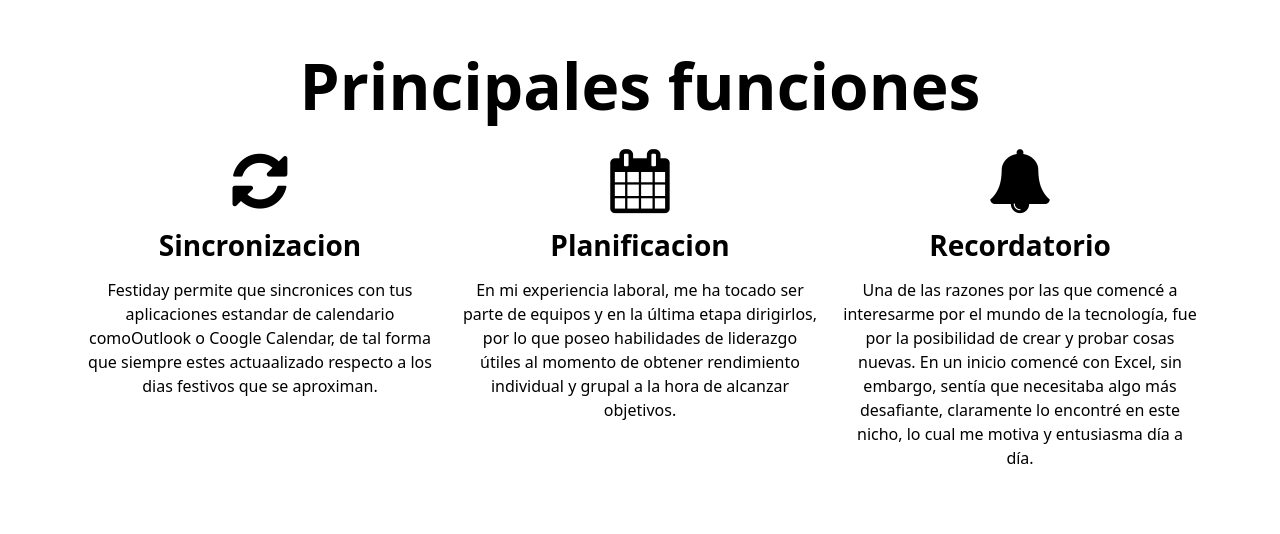
Repository: cvalenciapatagonia/Desafio-4-React-I
Page: /
These files come from the project's save history. The page is drawn as it stood at one moment and after the next save; the edit follows.
The browser window is 1280 px wide. The pictures show the part of the page from y = 698 to 1232 px (the page is 2123 px tall).
Pictures or frames that could not be fetched are drawn as grey boxes. The page's requests for data from a server got no answer. The project was rebuilt for these pictures with package versions that can differ from the ones it lists, and the page was loaded fresh each time. No one was signed in, and anything a server would have sent is missing. Also part of the build but not shown: vite.config.js, src/App.css.

Above is the page before, as saved 2023-09-08 14:45:19.

### index.html
<!doctype html>
<html lang="en">
  <head>
    <meta charset="UTF-8" />
    <link rel="icon" type="image/svg+xml" href="/vite.svg" />
    <meta name="viewport" content="width=device-width, initial-scale=1.0" />
    <title>Desafio 4 React I</title>
  </head>
  <body>
    <div id="root">


    </div>
    <script type="module" src="/src/main.jsx"></script>
  </body>
</html>

### src/main.jsx

import React from 'react'
import ReactDOM from 'react-dom/client'
import App from './App.jsx'

import './index.css'


ReactDOM.createRoot(document.getElementById('root')).render(
  <React.StrictMode>
    <App />
  </React.StrictMode>,
)

### src/App.jsx
import React, { useState } from "react";
import 'bootstrap-icons/font/bootstrap-icons.css';
import "font-awesome/css/font-awesome.css";
import "./App.css";
import "bootstrap/dist/css/bootstrap.min.css";
import MiApi from './components/MiApi';
import Buscador from './components/Buscador';

function App() {
  const [sortOption, setSortOption] = useState("asc"); // Estado para almacenar la opción de ordenamiento

  return (
    <div className="App">
      <header>
        {/* BARRA DE NAVEGACION */}
        <nav className="navbar navbar-expand-lg navbar-dark fixed-top navbar-custom">
          <div className="container">
            {/* <img src="assets/img/logo.png" className="img-fluid img-logo" /> */}
            <button
              className="navbar-toggler"
              type="button"
              data-bs-toggle="collapse"
              data-bs-target="#navbarTogglerDemo01"
              aria-controls="navbarTogglerDemo01"
              aria-expanded="false"
              aria-label="Toggle navigation"
            >
              <span className="navbar-toggler-icon"></span>
            </button>
            <div className="collapse navbar-collapse" id="navbarTogglerDemo01">
              <a className="navbar-brand" href="#"></a>
              <ul className="navbar-nav ms-auto mb-2 mb-lg-0 fs-5">
                <li className="nav-item">
                  <a
                    className="nav-link active text-light"
                    aria-current="page"
                    href="#Acerca-de-mi"
                  >
                    Funciones
                  </a>
                </li>
                <li className="nav-item">
                  <a
                    className="nav-link active text-light"
                    href="#Mis-proyectos"
                  >
                    Demo
                  </a>
                </li>
                <li className="nav-item">
                  <a className="nav-link active text-light" href="#Contacto">
                    Contacto
                  </a>
                </li>
              </ul>
            </div>
          </div>
        </nav>
        {/* Fin de la barra de navegación */}
      </header>

      <section id="Hero-Section" className="text-dark text-end py-5 mt-5">
        <div className="container">
          <div className="ms-auto col-12 col-md-7">
            <h1 className="display-1 fw-bold my-5">
              Festiday 🌶️ {/* El signo agregado significa "cursando" */}
            </h1>
            <p className="my-5 fw-bold">
              Festiday es una aplicacion beta que permite observar en tiempo
              real los dias festivos de Chile. La aplicacion cuenta con
              distintas funcionalidades tales como un widget de escritorio y la
              posibilidad de vincularlo con google calendar y Outlook.
            </p>
            <div className="mb-5 pb-5">
              <a
                className="btn btn-lg btn-outline-info text-dark me-4"
                href="#Mis-proyectos"
              >
                Prueba la demo
              </a>
              <a
                className="btn btn-lg btn-outline-info text-dark"
                href="#Contacto"
              >
                Contactanos
              </a>
            </div>
          </div>
        </div>
      </section>

      {/* ACERCA DE MI */}
      <section id="Acerca-de-mi" className="container text-center my-5">
        <h2 className="display-3 fw-bold my-4">Principales funciones</h2>




        <div className="row">
          <div className="col-12 col-md-4">
          <i className="fa fa-refresh fa-4x"></i>
          <h3 className="my-3 fw-bold">Sincronizacion</h3>
            <p className="my-3">
              Festiday permite que sincronices con tus aplicaciones estandar de calendario comoOutlook o Coogle Calendar, de tal forma que siempre estes actuaalizado respecto a los dias festivos que se aproximan.
            </p>
          </div>
          <div className="col-12 col-md-4">
          <i className="fa fa-calendar fa-4x"></i>
            <h3 className="my-3 fw-bold">Planificacion</h3>
            <p className="my-3">
              En mi experiencia laboral, me ha tocado ser parte de equipos y en
              la última etapa dirigirlos, por lo que poseo habilidades de
              liderazgo útiles al momento de obtener rendimiento individual y
              grupal a la hora de alcanzar objetivos.
            </p>
          </div>
          <div className="col-12 col-md-4">
          <i className="fa fa-bell fa-4x"></i>
            <h3 className="my-3 fw-bold">Recordatorio</h3>
            <p className="my-3">
              Una de las razones por las que comencé a interesarme por el mundo
              de la tecnología, fue por la posibilidad de crear y probar cosas
              nuevas. En un inicio comencé con Excel, sin embargo, sentía que
              necesitaba algo más desafiante, claramente lo encontré en este
              nicho, lo cual me motiva y entusiasma día a día.
            </p>
          </div>
        </div>
      </section>
      {/* Fin de ACERCA DE MI */}

      {/* MIS PROYECTOS */}
      <section id="Mis-proyectos" className="my-5 p-5">
        <div className="container">
          <h2 className="display-4 fw-bold text-center text-dark mb-3">
            Festiday App demo
          </h2>
          <Buscador onSortChange={setSortOption} />
          <MiApi
            apiURL="https://api.victorsanmartin.com/feriados/en.json"
            sortOption={sortOption}
          />

          <div className="row"></div>
        </div>
      </section>
      {/* Fin de MIS PROYECTOS */}

      {/* CONTACTAME */}
      <section id="Contacto" className="container my-5">
        <h2 className="display-4 fw-bold text-center my-4">Contáctanos</h2>

        <p className="text-center my-4 d-none d-md-block">
          Envíanos un mensaje y te ofrecemos una prueba gratuita por 30 dias sin
          costo
        </p>

        <form>
          <div className="form-group mb-4">
            <label className="mb-2">Nombre</label>
            <input className="form-control" placeholder="Nombre" />
          </div>

          <div className="form-group mb-4">
            <label className="mb-2">Correo electrónico</label>
            <input className="form-control" placeholder="Correo electrónico" />
          </div>

          <div className="form-group">
            <label className="mb-2">Mensaje</label>
            <textarea
              className="form-control"
              placeholder="Escribe aquí tu mensaje"
            ></textarea>
          </div>

          <div className="my-3 text-end">
            <button className="btn bg-dark text-light">Enviar</button>
          </div>
        </form>
      </section>
      {/* Fin de CONTACTAME */}

      {/* FOOTER */}
      <footer className="text-center text-light p-4">
        <p className="mb-0">
          Cristian Valencia 2023. Todos los derechos reservados.
        </p>
      </footer>
      {/* Fin de FOOTER */}
    </div>
  );
}

export default App;

{
  /* <h1>Feriados en Chile</h1> */
}
{
  /* Pasa el estado y la función de cambio de ordenamiento al componente Buscador */
}

### src/index.css
:root {
  font-family: Inter, system-ui, Avenir, Helvetica, Arial, sans-serif;
  line-height: 1.5;
  font-weight: 400;

  color-scheme: light dark;
  color: rgba(255, 255, 255, 0.87);
  background-color: #242424;

  font-synthesis: none;
  text-rendering: optimizeLegibility;
  -webkit-font-smoothing: antialiased;
  -moz-osx-font-smoothing: grayscale;
  -webkit-text-size-adjust: 100%;
}

a {
  font-weight: 500;
  color: #646cff;
  text-decoration: inherit;
}
a:hover {
  color: #535bf2;
}

body {
  margin: 0;
  display: flex;
  place-items: center;
  justify-content: center;
  min-width: 320px;
  min-height: 100vh;
}

h1 {
  font-size: 3.2em;
  line-height: 1.1;
}

table {
  width: 100%;
  border-collapse: collapse;
}

table th, table td {
  text-align: start;
  padding: 8px;
  border: 1px solid #ddd;
}


table th {
  background-color: rgb(198, 43, 43);
  font-weight: bold;
}


 .navbar-custom {
  background-color: rgb(0, 0, 0);
}

.img-logo {
  height: 250px;
  width: 350px;
}

@media (max-width: 576px) {
  .img-logo {
    height: 150px;
    width: 250px;
  }
}

#Hero-Section {
  background-repeat: no-repeat;
  background-size: cover;
  background-position: left;
  height: 650px;
  background-image: url(./assets/img/luxa.org-opacity-changed-Bg.jpg);

}

/* #Mis-proyectos .image-top {
  height: 250px;
  background-repeat: no-repeat;
  background-size: cover;
  background-position: center;
} */

#Mis-proyectos {
  background-image: url("../img/fondo\ \(7\).jpg");
  background-repeat: no-repeat;
  background-size: cover;
  background-position: left;
}

#Acerca-de-mi {
  color: black;
}

#Contacto {
  color: black;
}

footer {
  background-color: black;
}

.button-custom {
  background-color: black;
}

.subtitulo2 {
  display: inline;
  font-size: 2em;
}

@media only screen and (max-width: 576px) {
  .subtitulo2 {
    font-size: 1.2rem;
    line-height: 1.2;
  }
}

### src/components/MiApi.jsx
import React, { useEffect, useState } from 'react';
import moment from 'moment';

function MiApi({ apiURL, sortOption }) {
  const [holidays, setHolidays] = useState([]);
  const [sortedHolidays, setSortedHolidays] = useState([]);

  useEffect(() => {
    fetch(apiURL)
      .then((response) => response.json())
      .then((data) => {
        if (data.status === 'success') {
          setHolidays(data.data);
        }
      })
      .catch((error) => {
        console.error('Error al obtener datos de la API de feriados de Chile:', error);
      });
  }, [apiURL]);

  useEffect(() => {
    const sortHolidays = () => {
      const sorted = [...holidays];
      if (sortOption === 'asc') {
        sorted.sort((a, b) => moment(a.date).diff(moment(b.date)));
      } else if (sortOption === 'desc') {
        sorted.sort((a, b) => moment(b.date).diff(moment(a.date)));
      } else if (sortOption === 'month') {
        sorted.sort((a, b) => moment(a.date).month() - moment(b.date).month());
      }
      setSortedHolidays(sorted);
    };

    sortHolidays();
  }, [sortOption, holidays]);

  return (
    <div className="MiApi">
      <table>
        <thead>
          <tr>
            <th>Feriado</th>
            <th>Fecha</th>
          </tr>
        </thead>
        <tbody>
          {sortedHolidays.map((holiday) => (
            <tr key={holiday.date}>
              <td>{holiday.title}</td>
              <td>{holiday.date}</td>
            </tr>
          ))}
        </tbody>
      </table>
    </div>
  );
}

export default MiApi;

### src/components/Buscador.jsx
import React, { useState } from 'react';

function Buscador({ onSortChange }) {
  const [sortOption, setSortOption] = useState('asc'); // Opción de ordenamiento predeterminada

  const handleSortChange = (e) => {
    const selectedOption = e.target.value;
    setSortOption(selectedOption);
    onSortChange(selectedOption);
  };

  return (
    <div className="Buscador">
      <label htmlFor="sortSelect">Ordenar por:</label>
      <select id="sortSelect" value={sortOption} onChange={handleSortChange}>
        <option value="asc">Fecha Ascendente</option>
        <option value="desc">Fecha Descendente</option>
        <option value="month">Por Mes</option>
      </select>
    </div>
  );
}

export default Buscador;

After the next save:
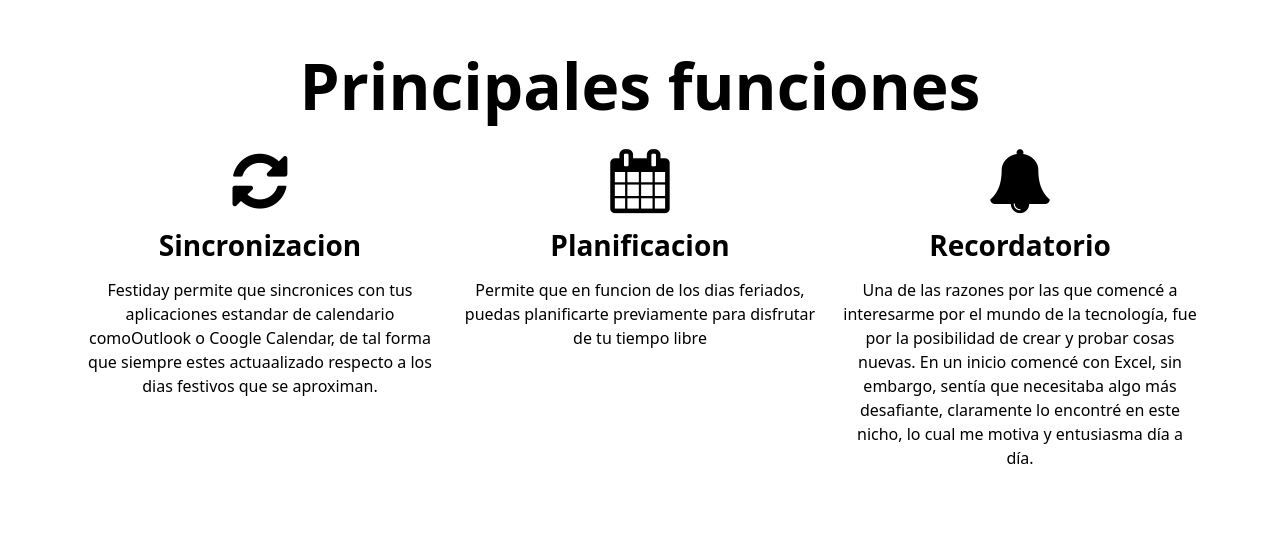
Saved 30 s later.
--- a/src/App.jsx
+++ b/src/App.jsx
@@ -108,10 +108,7 @@ function App() {
           <i className="fa fa-calendar fa-4x"></i>
             <h3 className="my-3 fw-bold">Planificacion</h3>
             <p className="my-3">
-              En mi experiencia laboral, me ha tocado ser parte de equipos y en
-              la última etapa dirigirlos, por lo que poseo habilidades de
-              liderazgo útiles al momento de obtener rendimiento individual y
-              grupal a la hora de alcanzar objetivos.
+              Permite que en funcion de los dias feriados, puedas planificarte previamente para disfrutar de tu tiempo libre
             </p>
           </div>
           <div className="col-12 col-md-4">
